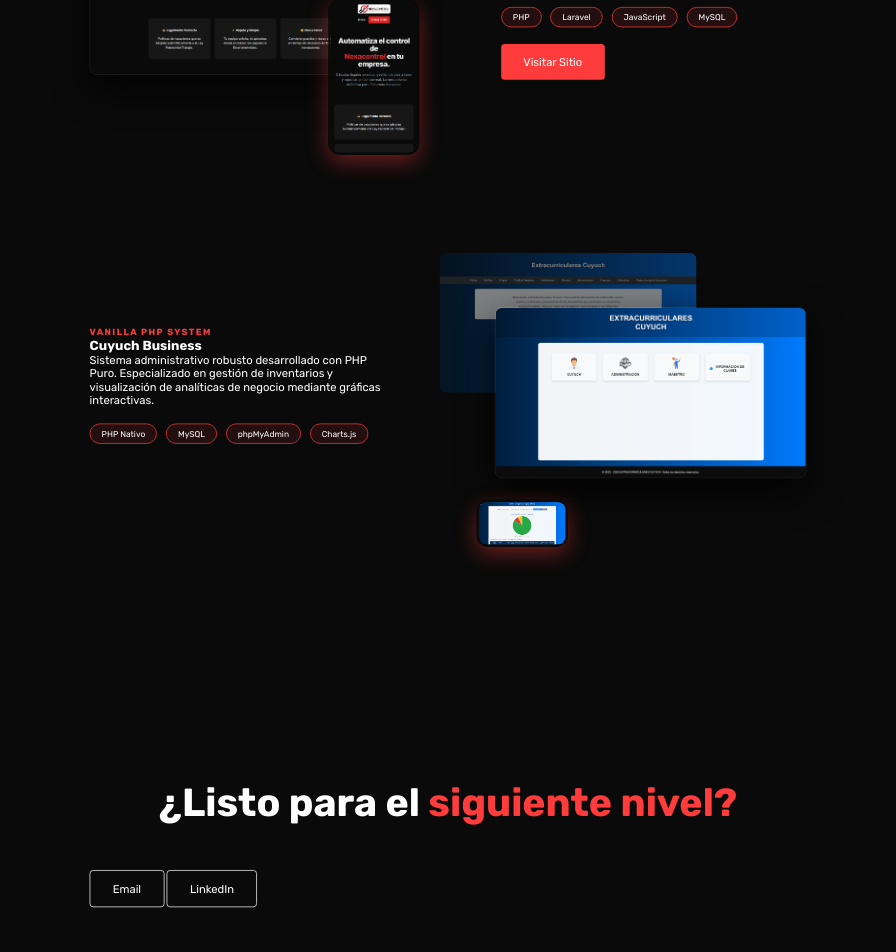
Repository: hercules830/Mi-portfolio-profesional
Page: index.html
An editor plug-in stored every save of this project. The page is shown before and after the next save, followed by the edit.
The browser window is 1280 px wide. The pictures show the part of the page from y = 1690 to 3610 px (the page is 3050 px tall before and 3610 px after), at 70% of full size.
Some web fonts or font styles are not loaded; a fallback is used.

Above is the page before, as saved 2026-05-30 16:48:10.

### index.html
<!DOCTYPE html>
<html lang="es">
  <head>
    <meta charset="UTF-8" />
    <meta name="viewport" content="width=device-width, initial-scale=1.0" />
    <link rel="stylesheet" href="styles.css" />
    <link rel="preconnect" href="https://fonts.googleapis.com" />
    <link rel="preconnect" href="https://fonts.gstatic.com" crossorigin />
    <link
      href="https://fonts.googleapis.com/css2?family=Rubik:wght@300;400;700&family=Rubik+Storm&display=swap"
      rel="stylesheet"
    />
    <title>Brayan Espinoza | Full Stack Developer</title>
  </head>
  <body>
    <header class="header">
      <nav class="nav">
        <div class="logo-container">
          <p class="logo">BRAYAN <span>ESPINOZA</span></p>
        </div>
        <ul class="links">
          <li><a class="link" href="#inicio">Inicio</a></li>
          <li><a class="link" href="#habilidades">Habilidades</a></li>
          <li><a class="link" href="#proyectos">Proyectos</a></li>
          <li><a class="link" href="#contacto">Contacto</a></li>
        </ul>
      </nav>

      <div class="description" id="inicio">
        <h1 class="header-title">Brayan</h1>
        <p class="my-description">Engineer + Full Stack Web Developer</p>
        <div class="cta-container">
          <a href="#proyectos" class="btn-primary">Ver Proyectos</a>
          <a href="#contacto" class="btn-secondary">Contáctame</a>
        </div>
      </div>
    </header>

    <section class="section" id="habilidades">
      <h2 class="section-title">Habilidades <span>Técnicas</span></h2>
      <div class="skills-grid">
        <div class="skill-card">
          <h3>Backend</h3>
          <p>PHP, Laravel, Node.js, MySQL, Eloquent ORM, REST APIs</p>
        </div>
        <div class="skill-card">
          <h3>Frontend</h3>
          <p>JavaScript (ES6+), React, HTML5, CSS3, Tailwind</p>
        </div>
        <div class="skill-card">
          <h3>Herramientas</h3>
          <p>Git, Postman, SCRUM, Linux, arquitectura de bases de datos</p>
        </div>
      </div>
    </section>

    <section class="section" id="proyectos">
      <h2 class="section-title">Proyectos <span>SaaS</span></h2>

      <!-- PROYECTO 1: NEXACONTROL (Tecnologías originales) -->
      <div class="featured-project">
        <div class="featured-img-container">
          <img
            src="assets/img/projects/indexNexa.png"
            alt="Nexacontrol Landing"
            class="img-lead zoomable"
          />
          <img
            src="assets/img/projects/panelJefeAreaNexa.png"
            alt="Nexacontrol Panel"
            class="img-panel zoomable"
          />
          <img
            src="assets/img/projects/indexNexaPhone.png"
            alt="Nexacontrol Mobile"
            class="img-phone zoomable"
          />
        </div>
        <div class="featured-info">
          <span class="tag">SaaS Ecosystem</span>
          <h3>Nexacontrol</h3>
          <p>
            Plataforma integral de gestión de capital humano. Automatiza
            cálculos de legislación laboral, control de asistencia y flujos de
            aprobación para RRHH.
          </p>
          <div class="tech-stack">
            <span>PHP</span><span>Laravel</span><span>JavaScript</span
            ><span>MySQL</span>
          </div>
          <div class="actions">
            <a
              href="https://nexacontrolapp.com"
              target="_blank"
              class="btn-primary"
              >Visitar Sitio</a
            >
          </div>
        </div>
      </div>

      <!-- PROYECTO 2: CUYUCH (PHP Puro / Vanilla) -->
      <div class="featured-project reverse">
        <div class="featured-info">
          <span class="tag">Vanilla PHP System</span>
          <h3>Cuyuch Business</h3>
          <p>
            Sistema administrativo robusto desarrollado con PHP Puro.
            Especializado en gestión de inventarios y visualización de
            analíticas de negocio mediante gráficas interactivas.
          </p>
          <div class="tech-stack">
            <span>PHP Nativo</span><span>MySQL</span><span>phpMyAdmin</span
            ><span>Charts.js</span>
          </div>
        </div>
        <div class="featured-img-container">
          <img
            src="assets/img/projects/indexCuyuch.png"
            alt="Cuyuch Home"
            class="img-lead zoomable"
          />
          <img
            src="assets/img/projects/panelCuyuch.png"
            alt="Cuyuch Admin"
            class="img-panel zoomable"
          />
          <img
            src="assets/img/projects/graficaCuyuch.png"
            alt="Cuyuch Stats"
            class="img-phone zoomable"
          />
        </div>
      </div>
    </section>

    <!-- MODAL PARA ZOOM (Lightbox) -->
    <div id="imageModal" class="modal">
      <span class="close">&times;</span>
      <img class="modal-content" id="imgFull" />
    </div>

    <footer class="section" id="contacto">
      <h2 class="section-title">
        ¿Listo para el <span>siguiente nivel?</span>
      </h2>
      <div class="social-links">
        <a href="mailto:musicabjhe830@gmail.com" class="btn-secondary">Email</a>
        <a
          href="https://www.linkedin.com/in/brayan-espinoza-57191512a"
          target="_blank"
          class="btn-secondary"
          >LinkedIn</a
        >
      </div>
    </footer>

    <script src="script.js"></script>
  </body>
</html>

### styles.css
:root {
  --primary-red: #ff3c3c;
  --dark-bg: #0a0a0a;
  --card-bg: #141414;
  --text-white: #ffffff;
  --gray-text: #b3b3b3;
}

* {
  margin: 0;
  padding: 0;
  box-sizing: border-box;
  scroll-behavior: smooth;
}
body {
  background-color: var(--dark-bg);
  color: var(--text-white);
  font-family: "Rubik", sans-serif;
  overflow-x: hidden;
}

/* --- HEADER --- */
.header {
  height: 100vh;
  background: linear-gradient(to bottom, transparent 60%, var(--dark-bg) 100%),
    linear-gradient(rgba(0, 0, 0, 0.5), rgba(0, 0, 0, 0.5)),
    url("assets/background.jpg");
  background-size: cover;
  background-position: center;
  display: flex;
  flex-direction: column;
}
.nav {
  display: flex;
  justify-content: space-between;
  padding: 2rem 5%;
  align-items: center;
}
.logo {
  font-weight: bold;
  letter-spacing: 2px;
}
.logo span {
  color: var(--primary-red);
}
.links {
  display: flex;
  list-style: none;
  gap: 2rem;
}
.link {
  color: white;
  text-decoration: none;
  font-size: 0.9rem;
  transition: 0.3s;
}
.link:hover {
  color: var(--primary-red);
}

.description {
  flex: 1;
  display: flex;
  flex-direction: column;
  justify-content: center;
  padding-left: 10%;
}
.header-title {
  font-family: "Rubik Storm", cursive;
  font-size: clamp(4rem, 10vw, 8rem);
  color: var(--primary-red);
  text-shadow: 0 0 30px rgba(255, 60, 60, 0.4);
}
.my-description {
  font-size: 1.5rem;
  color: var(--gray-text);
  margin-bottom: 2rem;
}

/* --- BOTONES --- */
.btn-primary {
  background: var(--primary-red);
  color: white;
  padding: 1rem 2rem;
  text-decoration: none;
  border-radius: 5px;
  transition: 0.3s;
  display: inline-block;
}
.btn-secondary {
  border: 1px solid white;
  color: white;
  padding: 1rem 2rem;
  text-decoration: none;
  border-radius: 5px;
  transition: 0.3s;
  display: inline-block;
}
.btn-primary:hover {
  transform: scale(1.05);
  box-shadow: 0 0 20px rgba(255, 60, 60, 0.4);
}

/* --- SECCIONES --- */
.section {
  padding: 8rem 10% 4rem 10%;
}
.section-title {
  font-size: clamp(2rem, 5vw, 3.5rem);
  margin-bottom: 4rem;
  text-align: center;
}
.section-title span {
  color: var(--primary-red);
}

.skills-grid {
  display: grid;
  grid-template-columns: repeat(auto-fit, minmax(280px, 1fr));
  gap: 2rem;
}
.skill-card {
  background: var(--card-bg);
  padding: 3rem;
  border-radius: 15px;
  border-left: 5px solid var(--primary-red);
  transition: 0.3s;
}
.skill-card h3 {
  margin-bottom: 1rem;
  color: var(--primary-red);
}

/* --- SHOWCASE DE PROYECTOS --- */
.featured-project {
  display: grid;
  grid-template-columns: 1.2fr 1fr;
  gap: 4rem;
  margin-bottom: 10rem;
  align-items: center;
}
.featured-project.reverse {
  grid-template-columns: 1fr 1.2fr;
}

.featured-img-container {
  position: relative;
  height: 400px;
  display: flex;
  align-items: center;
}
.img-lead {
  width: 85%;
  border-radius: 10px;
  box-shadow: 0 20px 50px rgba(0, 0, 0, 0.8);
  z-index: 2;
  transition: 0.5s;
  cursor: pointer;
  border: 1px solid rgba(255, 255, 255, 0.1);
}
.img-panel {
  position: absolute;
  top: 0;
  right: 0;
  width: 70%;
  border-radius: 10px;
  z-index: 1;
  opacity: 0.5;
  filter: blur(1px);
  transition: 0.5s;
  cursor: pointer;
}
.img-phone {
  position: absolute;
  bottom: -20px;
  right: 10%;
  width: 130px;
  z-index: 3;
  border: 3px solid var(--dark-bg);
  border-radius: 15px;
  box-shadow: 0 10px 30px rgba(255, 60, 60, 0.4);
  transition: 0.5s;
  cursor: pointer;
}

/* Inversión de imágenes para el modo reverse */
.reverse .img-lead {
  margin-left: auto;
}
.reverse .img-panel {
  left: 0;
  right: auto;
}
.reverse .img-phone {
  left: 10%;
  right: auto;
}

.featured-project:hover .img-lead {
  transform: translateX(-10px);
}
.featured-project:hover .img-panel {
  opacity: 1;
  filter: blur(0);
  transform: translate(10px, -10px);
}
.featured-project:hover .img-phone {
  transform: scale(1.1);
}

.tag {
  color: var(--primary-red);
  font-weight: bold;
  font-size: 0.8rem;
  letter-spacing: 2px;
  text-transform: uppercase;
}
.tech-stack {
  margin: 1.5rem 0;
  display: flex;
  gap: 0.8rem;
  flex-wrap: wrap;
}
.tech-stack span {
  background: rgba(255, 60, 60, 0.1);
  padding: 0.4rem 1rem;
  border-radius: 20px;
  border: 1px solid var(--primary-red);
  font-size: 0.75rem;
}

/* --- MODAL (ZOOM) --- */
.modal {
  display: none;
  position: fixed;
  z-index: 1000;
  padding-top: 50px;
  left: 0;
  top: 0;
  width: 100%;
  height: 100%;
  background-color: rgba(0, 0, 0, 0.9);
}
.modal-content {
  margin: auto;
  display: block;
  width: 80%;
  max-width: 1200px;
  border-radius: 10px;
  border: 2px solid var(--primary-red);
}
.close {
  position: absolute;
  top: 15px;
  right: 35px;
  color: #f1f1f1;
  font-size: 40px;
  font-weight: bold;
  cursor: pointer;
}

@media (max-width: 1000px) {
  .featured-project,
  .featured-project.reverse {
    grid-template-columns: 1fr;
    gap: 2rem;
  }
  .featured-img-container {
    height: 300px;
    order: -1;
  }
  .featured-info {
    text-align: center;
  }
  .tech-stack {
    justify-content: center;
  }
}

### script.js
document.addEventListener("DOMContentLoaded", () => {
  // 1. Lógica del Modal (Zoom de Imágenes)
  const modal = document.getElementById("imageModal");
  const modalImg = document.getElementById("imgFull");
  const span = document.getElementsByClassName("close")[0];

  document.querySelectorAll(".zoomable").forEach((img) => {
    img.onclick = function () {
      modal.style.display = "block";
      modalImg.src = this.src;
    };
  });

  span.onclick = function () {
    modal.style.display = "none";
  };

  modal.onclick = function (event) {
    if (event.target == modal) {
      modal.style.display = "none";
    }
  };

  // 2. Efecto Revelado al hacer Scroll (Intersection Observer)
  const observerOptions = { threshold: 0.1 };
  const observer = new IntersectionObserver((entries) => {
    entries.forEach((entry) => {
      if (entry.isIntersecting) {
        entry.target.style.opacity = "1";
        entry.target.style.transform = "translateY(0)";
      }
    });
  }, observerOptions);

  document.querySelectorAll(".section, .featured-project").forEach((el) => {
    el.style.opacity = "0";
    el.style.transform = "translateY(40px)";
    el.style.transition = "all 0.8s ease-out";
    observer.observe(el);
  });
});

After the next save:
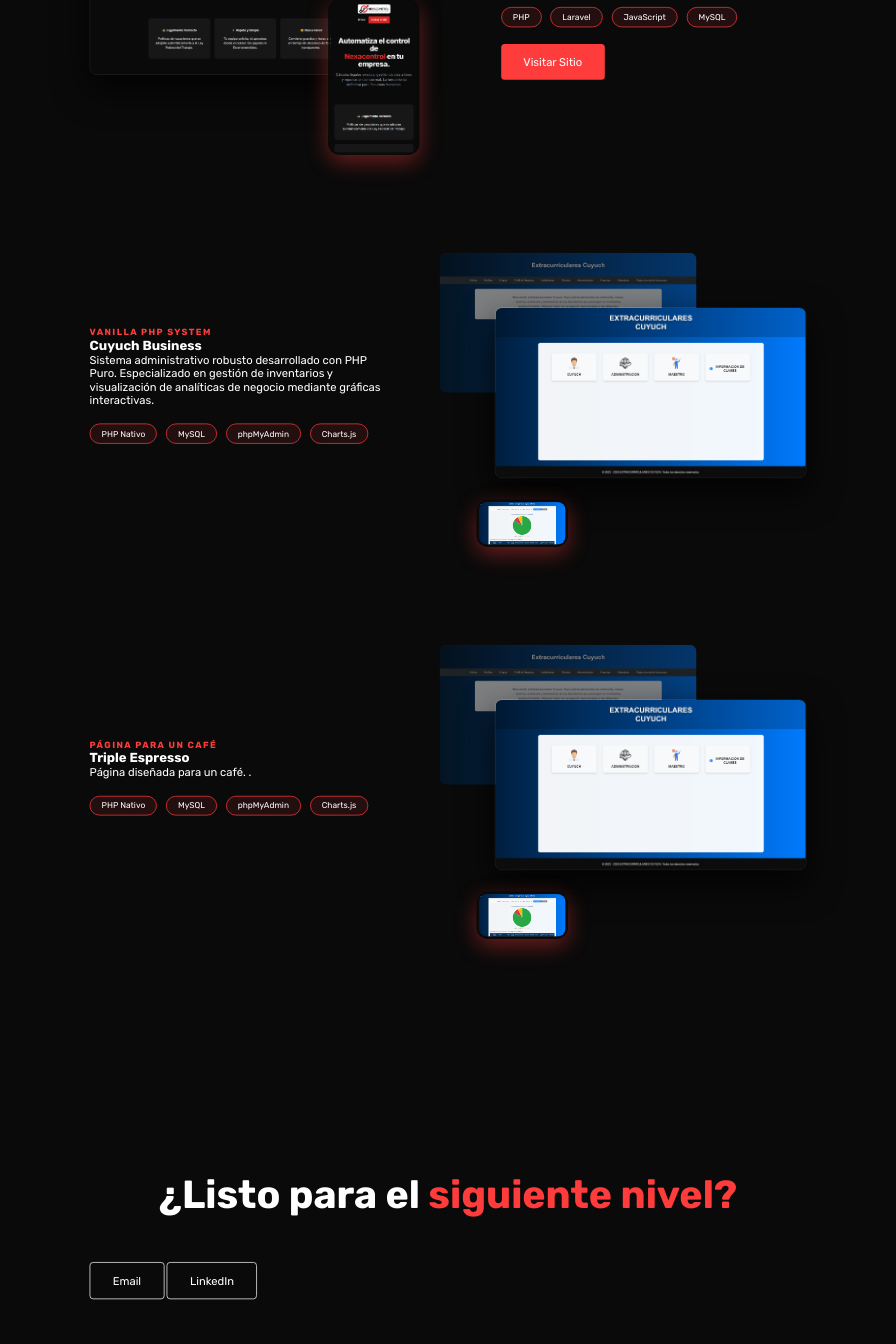
Saved 2 h 3 min later.
--- a/index.html
+++ b/index.html
@@ -132,6 +132,36 @@
           />
         </div>
       </div>
+
+      <!-- PROYECTO 3: Triple Expresso (HTML, CSS) -->
+      <div class="featured-project reverse">
+        <div class="featured-info">
+          <span class="tag">Página para un Café</span>
+          <h3>Triple Espresso</h3>
+          <p>Página diseñada para un café. .</p>
+          <div class="tech-stack">
+            <span>PHP Nativo</span><span>MySQL</span><span>phpMyAdmin</span
+            ><span>Charts.js</span>
+          </div>
+        </div>
+        <div class="featured-img-container">
+          <img
+            src="assets/img/projects/indexCuyuch.png"
+            alt="Cuyuch Home"
+            class="img-lead zoomable"
+          />
+          <img
+            src="assets/img/projects/panelCuyuch.png"
+            alt="Cuyuch Admin"
+            class="img-panel zoomable"
+          />
+          <img
+            src="assets/img/projects/graficaCuyuch.png"
+            alt="Cuyuch Stats"
+            class="img-phone zoomable"
+          />
+        </div>
+      </div>
     </section>
 
     <!-- MODAL PARA ZOOM (Lightbox) -->
